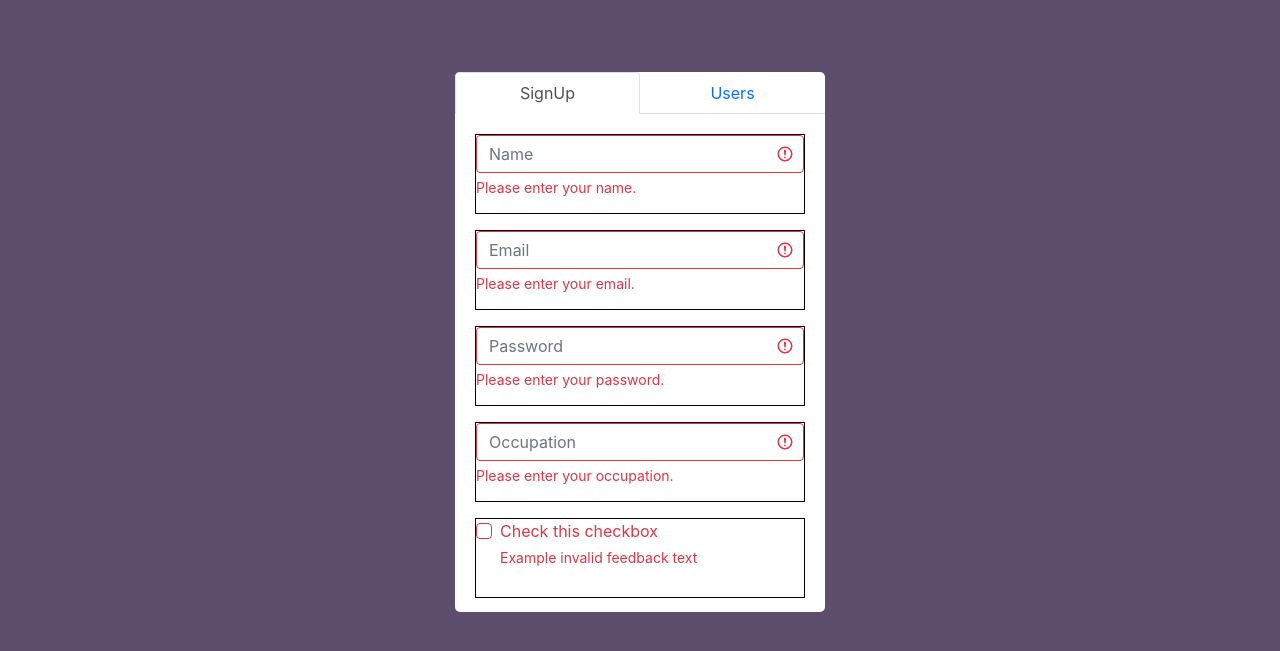
Repository: asadalibest1/SignUp-from
Page: /
An editor plug-in stored every save of this project. The page is shown before and after the next save, followed by the edit.
The browser window is 1280 px wide. The pictures show the whole page.
The project was rebuilt for these pictures with package versions that can differ from the ones it lists, and the page was loaded fresh each time. Also part of the build but not shown: src/components/Users/Users.css.

Above is the page before, as saved 2021-02-06 22:07:27.

### public/index.html
<!DOCTYPE html>
<html lang="en">
  <head>
    <meta charset="utf-8" />
    <link rel="icon" href="%PUBLIC_URL%/favicon.png" />
    <meta name="viewport" content="width=device-width, initial-scale=1" />
    <meta name="theme-color" content="#000000" />
    <meta
      name="description"
      content="Web site created using create-react-app"
    />
    <link rel="apple-touch-icon" href="%PUBLIC_URL%/logo192.png" />
    <!--
      manifest.json provides metadata used when your web app is installed on a
      user's mobile device or desktop. See https://developers.google.com/web/fundamentals/web-app-manifest/
    -->
    <link rel="manifest" href="%PUBLIC_URL%/manifest.json" />
    <!--
      Notice the use of %PUBLIC_URL% in the tags above.
      It will be replaced with the URL of the `public` folder during the build.
      Only files inside the `public` folder can be referenced from the HTML.

      Unlike "/favicon.ico" or "favicon.ico", "%PUBLIC_URL%/favicon.ico" will
      work correctly both with client-side routing and a non-root public URL.
      Learn how to configure a non-root public URL by running `npm run build`.
    -->
    <!-- Bootstrap -->
    <link href="https://cdn.jsdelivr.net/npm/bootstrap@5.0.0-beta1/dist/css/bootstrap.min.css" rel="stylesheet" integrity="sha384-giJF6kkoqNQ00vy+HMDP7azOuL0xtbfIcaT9wjKHr8RbDVddVHyTfAAsrekwKmP1" crossorigin="anonymous">
    <title>Sign Up</title>
  </head>
  <body>
    <noscript>You need to enable JavaScript to run this app.</noscript>
    <div id="root"></div>
    <!--
      This HTML file is a template.
      If you open it directly in the browser, you will see an empty page.

      You can add webfonts, meta tags, or analytics to this file.
      The build step will place the bundled scripts into the <body> tag.

      To begin the development, run `npm start` or `yarn start`.
      To create a production bundle, use `npm run build` or `yarn build`.
    -->
    <script src="https://cdn.jsdelivr.net/npm/bootstrap@5.0.0-beta1/dist/js/bootstrap.bundle.min.js" integrity="sha384-ygbV9kiqUc6oa4msXn9868pTtWMgiQaeYH7/t7LECLbyPA2x65Kgf80OJFdroafW" crossorigin="anonymous"></script>
  </body>
</html>

### src/index.css
body {
  margin: 0;
  font-family: -apple-system, BlinkMacSystemFont, 'Segoe UI', 'Roboto', 'Oxygen',
    'Ubuntu', 'Cantarell', 'Fira Sans', 'Droid Sans', 'Helvetica Neue',
    sans-serif;
  -webkit-font-smoothing: antialiased;
  -moz-osx-font-smoothing: grayscale;
  background-color: #5D4E6D;
}

code {
  font-family: source-code-pro, Menlo, Monaco, Consolas, 'Courier New',
    monospace;
}

### src/App.js
import React from 'react'
import App1 from "./components/App1/App1"

export default function App() {
  return (
    <div>
      <App1 />
    </div>
  )
}

### src/components/App1/App1.js
import React from 'react'
import Tabs from '../Tabs/Tabs'

export default function App1() {
    return (
        <div>
            <Tabs />
        </div>
    )
}

### src/features/counter/counterSlice.js
import { createSlice } from '@reduxjs/toolkit';

export const counterSlice = createSlice({
  name: 'counter',
  initialState: {
    value: 0,
  },
  reducers: {
    increment: state => {
      // Redux Toolkit allows us to write "mutating" logic in reducers. It
      // doesn't actually mutate the state because it uses the Immer library,
      // which detects changes to a "draft state" and produces a brand new
      // immutable state based off those changes
      state.value += 1;
    },
    decrement: state => {
      state.value -= 1;
    },
    incrementByAmount: (state, action) => {
      state.value += action.payload;
    },
  },
});

export const { increment, decrement, incrementByAmount } = counterSlice.actions;

// The function below is called a thunk and allows us to perform async logic. It
// can be dispatched like a regular action: `dispatch(incrementAsync(10))`. This
// will call the thunk with the `dispatch` function as the first argument. Async
// code can then be executed and other actions can be dispatched
export const incrementAsync = amount => dispatch => {
  setTimeout(() => {
    dispatch(incrementByAmount(amount));
  }, 1000);
};

// The function below is called a selector and allows us to select a value from
// the state. Selectors can also be defined inline where they're used instead of
// in the slice file. For example: `useSelector((state) => state.counter.value)`
export const selectCount = state => state.counter.value;

export default counterSlice.reducer;

### src/components/Tabs/Tabs.js
import React from 'react'
import SignUp from "../SignUp/SignUp"
import Users from "../Users/Users"
import "./Tabs.css"

export default function Tabs() {
    return (
        <div className="tabs-main">
            <div className="tabs">

                <ul className="nav nav-tabs" id="myTab" role="tablist">
                    <li className="nav-item text-center w-50" role="presentation">
                        <a className="nav-link active" id="signUp-tab" data-bs-toggle="tab" href="#signUp" role="tab" aria-controls="signUp" aria-selected="true">SignUp</a>
                    </li>
                    <li className="nav-item text-center w-50" role="presentation">
                        <a className="nav-link" id="users-tab" data-bs-toggle="tab" href="#users" role="tab" aria-controls="users" aria-selected="false">Users</a>
                    </li>
                </ul>
                <div className="tab-content" id="myTabContent">
                    <div className="tab-pane fade show active" id="signUp" role="tabpanel" aria-labelledby="signUp-tab">
                        <SignUp />
                    </div>
                    <div className="tab-pane fade" id="users" role="tabpanel" aria-labelledby="users-tab">

                        <Users />
                    </div>
                </div>


            </div>
        </div>
    )
}

### src/components/SignUp/SignUp.js
import React from 'react'
import "./SignUp.css"

export default function SignUp() {
    return (
        <div className="SignUp">

<form className="was-validated">

  <div className="mb-3">
    <input type="name" className="form-control" id="validationTextarea" placeholder="Name" required />
    <div className="invalid-feedback">
      Please enter your name.
    </div>
  </div>

  <div className="mb-3">
    <input type="email" className="form-control" id="validationTextarea" placeholder="Email" required />
    <div className="invalid-feedback">
      Please enter your email.
    </div>
  </div>

  <div className="mb-3">
    <input type="password" className="form-control" id="validationTextarea" placeholder="Password" required />
    <div className="invalid-feedback">
      Please enter your password.
    </div>
  </div>

  <div className="mb-3">
    <input type="occupation" className="form-control" id="validationTextarea" placeholder="Occupation" required />
    <div className="invalid-feedback">
      Please enter your occupation.
    </div>
  </div>


  <div className="form-check mb-3">
    <input type="checkbox" className="form-check-input" id="validationFormCheck1" required />
    <label className="form-check-label" for="validationFormCheck1">Check this checkbox</label>
    <div className="invalid-feedback">Example invalid feedback text</div>
  </div>


  <div className="mb-3">
    <button className="btn btn-primary" type="submit" disabled>Submit form</button>
  </div>
</form>
        </div>
    )
}

### src/components/Users/Users.js
import React from 'react'
import "./Users.css"

export default function Users() {
    return (
        <div>
    Users
        </div>
    )
}

### src/components/Tabs/Tabs.css
.tabs{
    width: 370px;
    height: 75vh;
    background-color: white;
    margin: auto auto;
    margin-top: 10vh;
    border-radius: 5px;
    overflow: hidden;
}

### src/components/SignUp/SignUp.css
.SignUp form{
    margin: 20px;
}

.SignUp form > div{
    border: 1px solid black;
    height: 80px;
}

Loaded but not shown: src/index.js (common file); src/app/store.js (common file); src/serviceWorker.js (common file)

After the next save:
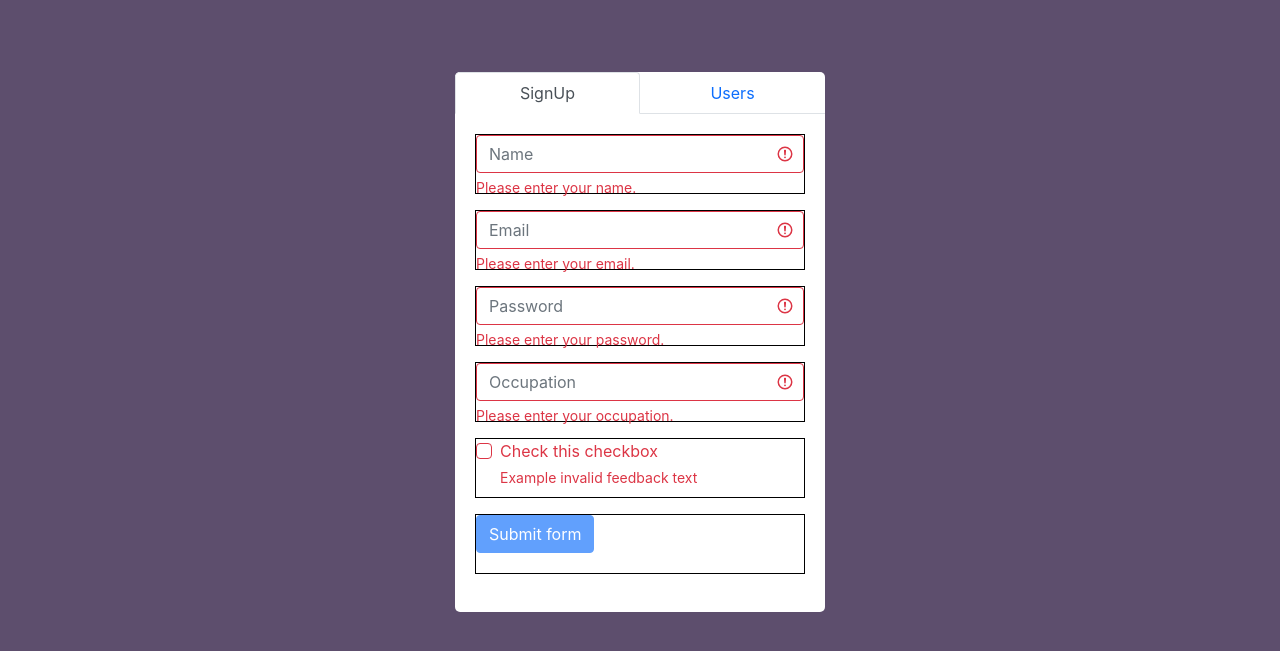
Saved 8 s later.
--- a/src/components/SignUp/SignUp.css
+++ b/src/components/SignUp/SignUp.css
@@ -4,5 +4,5 @@
 
 .SignUp form > div{
     border: 1px solid black;
-    height: 80px;
+    height: 60px;
 }
